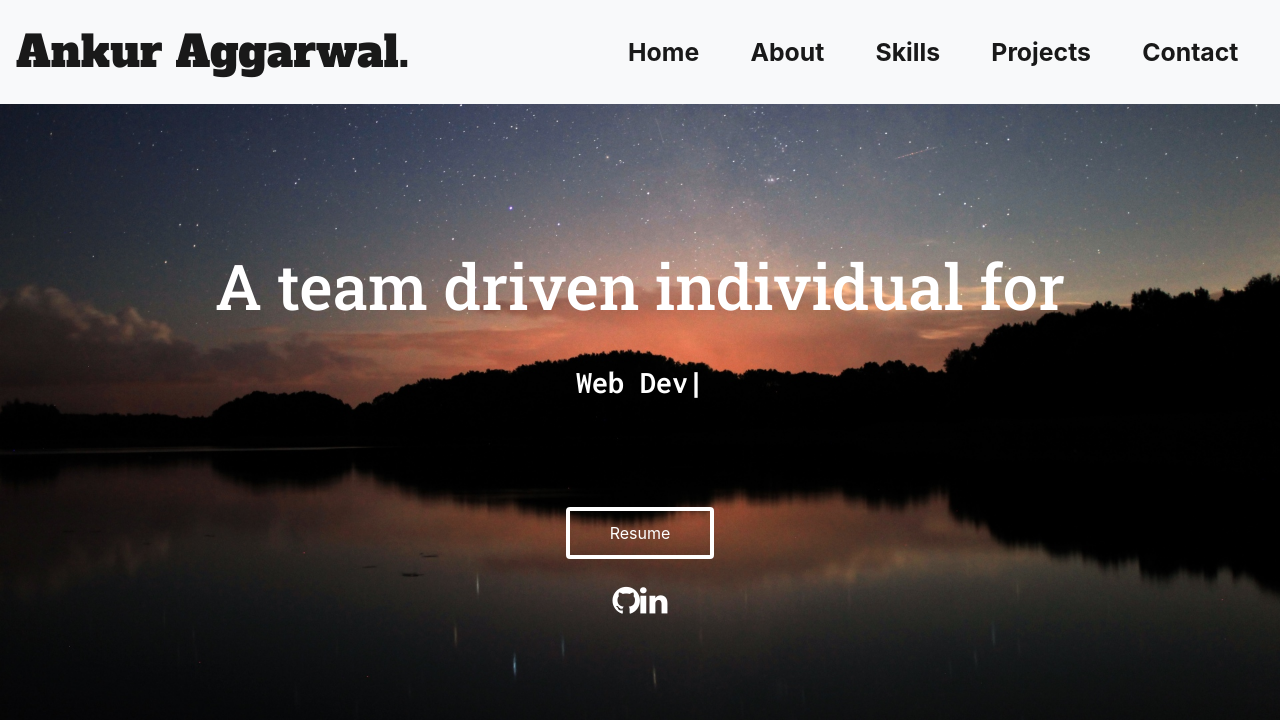
Repository: AnkurDevv/PersonalWebsite
Page: index.html
These files come from the project's save history. The page is drawn as it stood at one moment and after the next save; the edit follows.
The browser window is 1280 px wide. The pictures show the whole page.
Some web fonts or font styles are not loaded; a fallback is used.

Above is the page before, as saved 2020-09-13 16:02:26.

After the next save:
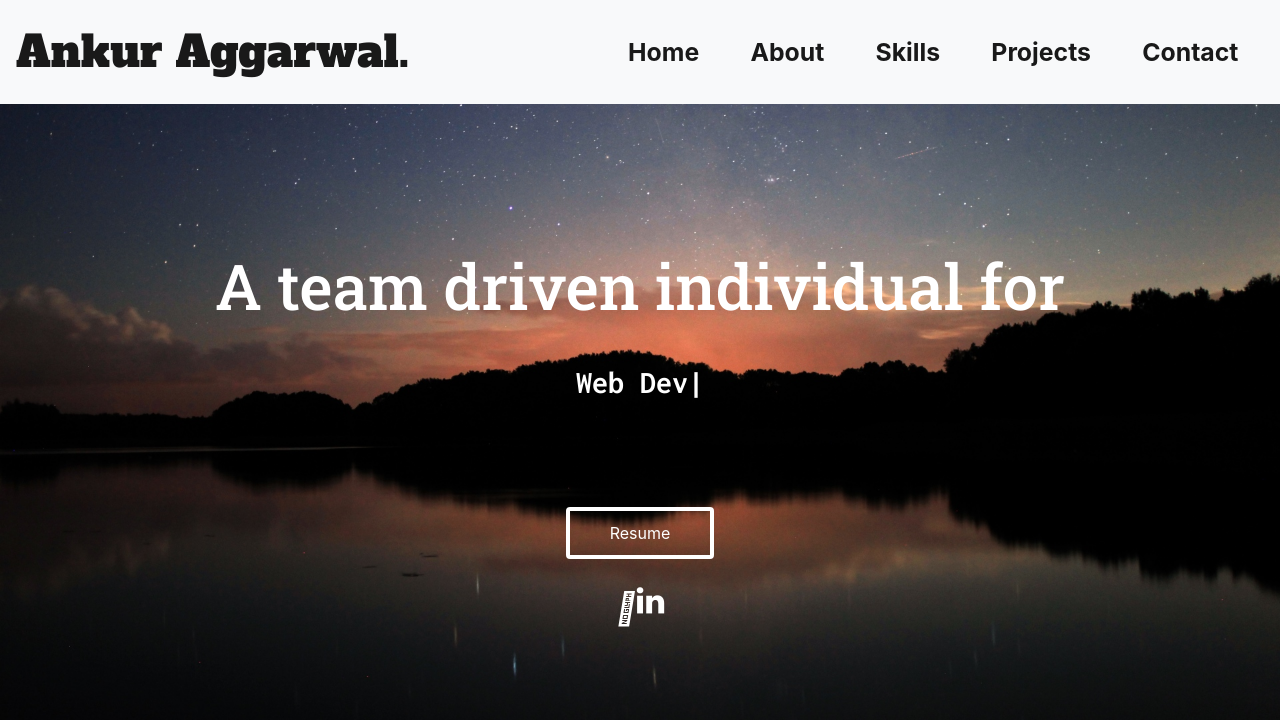
Saved 60 s later.
--- a/index.html
+++ b/index.html
@@ -88,11 +88,11 @@
       <!-- SOCIAL LINKS -->
       <div class="socialLinksDiv">
         <!-- github link -->
-        <a href="https://github.com/AnkurDevv" target="blank"><i
-            class="social-link fa fa-github fa-2x text-white"></i></a>
+        <a href="https://github.com/AnkurDevv" target="blank" class="social-link"><i
+            class="social-linfa fa-github fa-2x text-white"></i></a>
         <!-- linkedin link -->
         <a href="https://www.linkedin.com/in/ankur-aggarwal2112/" target="blank"><i
-            class="social-link fa fa-linkedin fa-2x text-white"></i></a>
+            class="fa fa-linkedin fa-2x text-white"></i></a>
       </div>
 
     </section>
